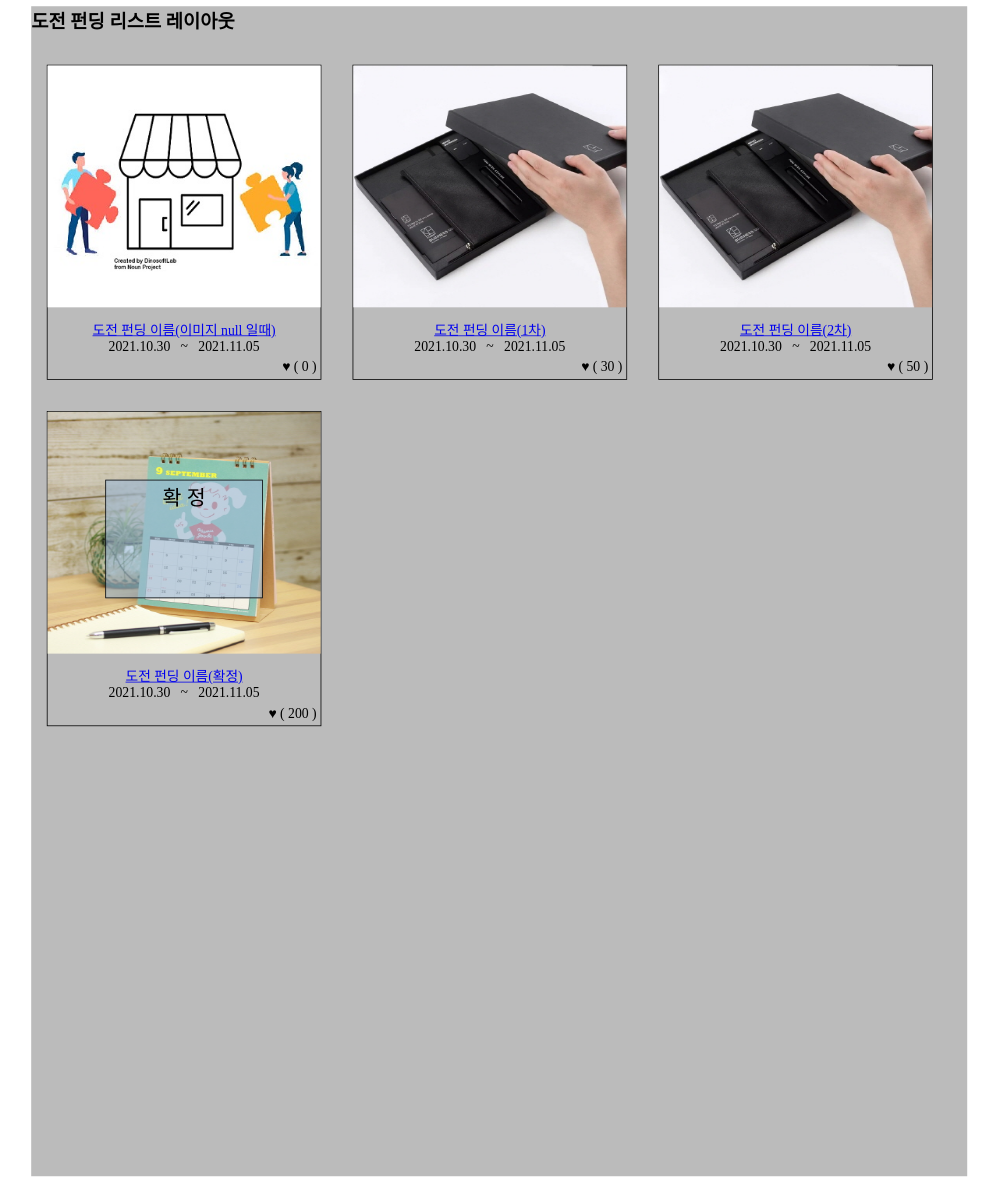
Repository: GroundPark/team6
Page: http://localhost/lefthand/page/product/chal_funding_list.jsp
An editor plug-in stored every save of this project. The page is shown before and after the next save, followed by the edit.
The browser window is 1280 px wide. The pictures show the whole page, at 78% of full size.
The page is served by Tomcat 9.

Above is the page before, as saved 2021-11-20 18:05:12.

After the next save:
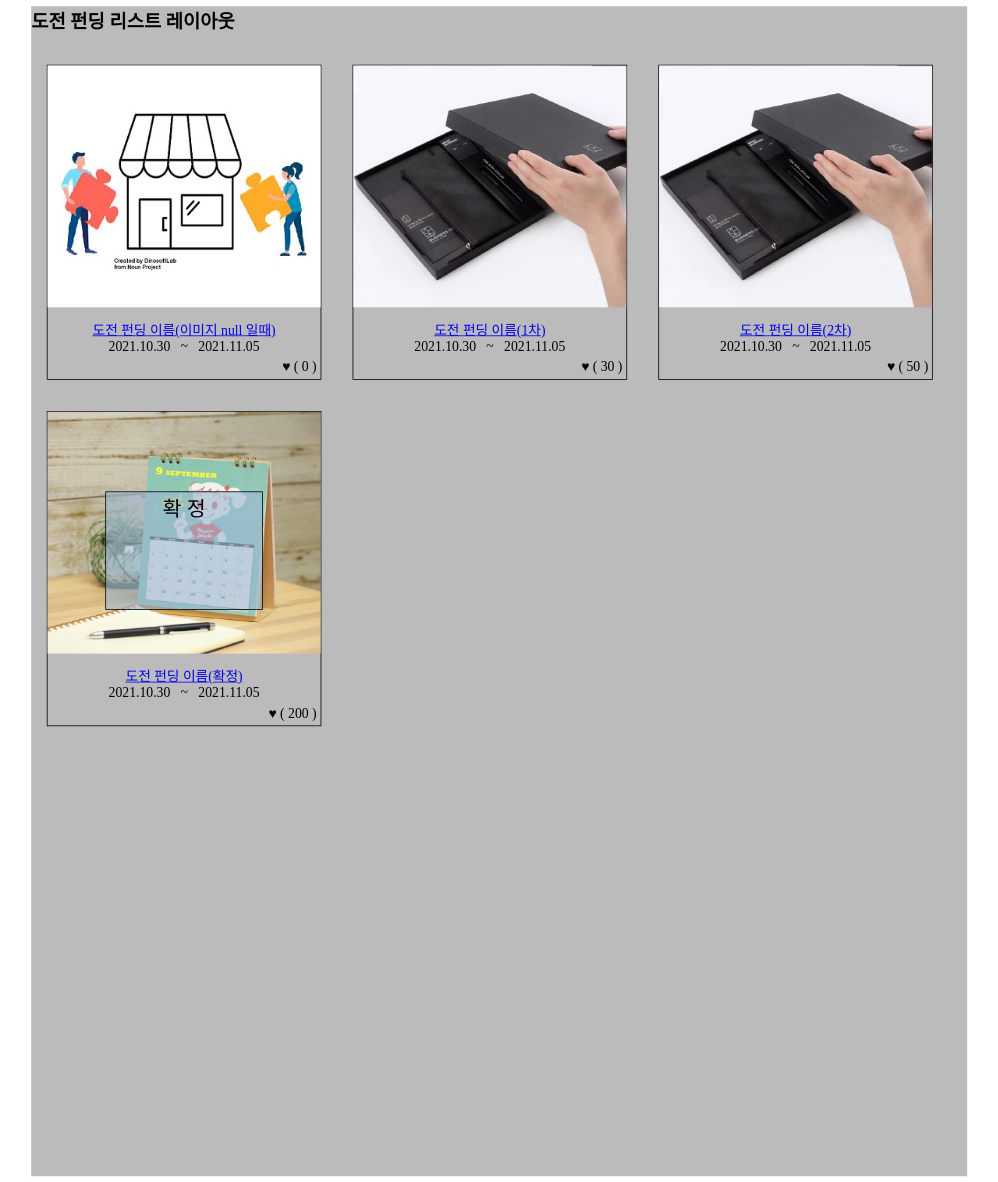
Saved 26 s later.
--- a/lefthand/WebContent/page/product/chal_funding_list.jsp
+++ b/lefthand/WebContent/page/product/chal_funding_list.jsp
@@ -24,6 +24,7 @@
 	border:1px black solid;
 	text-align:center;
 	font-size:1.5em;
+	margin-top:15px;
 }
 </style>
 
